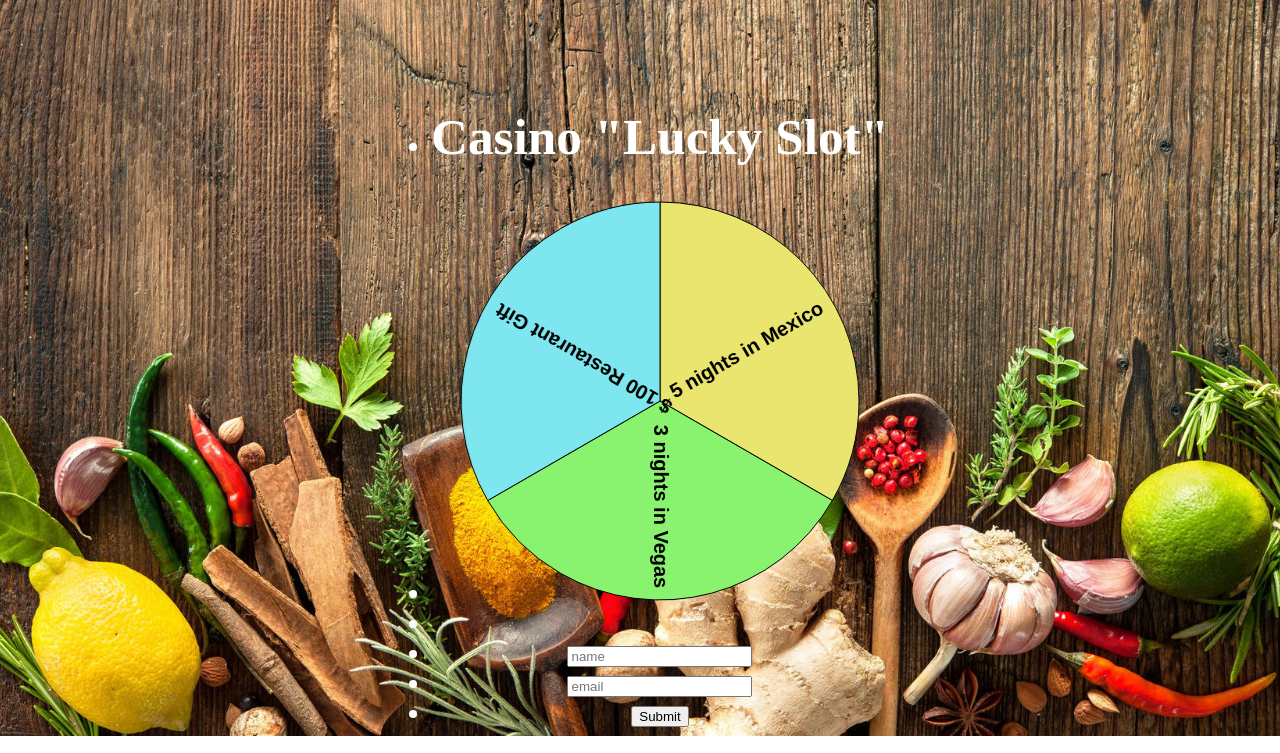
Repository: 43320888/upwork
Page: index.html
These files come from the project's save history. The page is drawn as it stood at one moment and after the next save; the edit follows.
The browser window is 1280 px wide. The pictures show the whole page.

Above is the page before, as saved 2019-01-16 21:12:06.

After the next save:
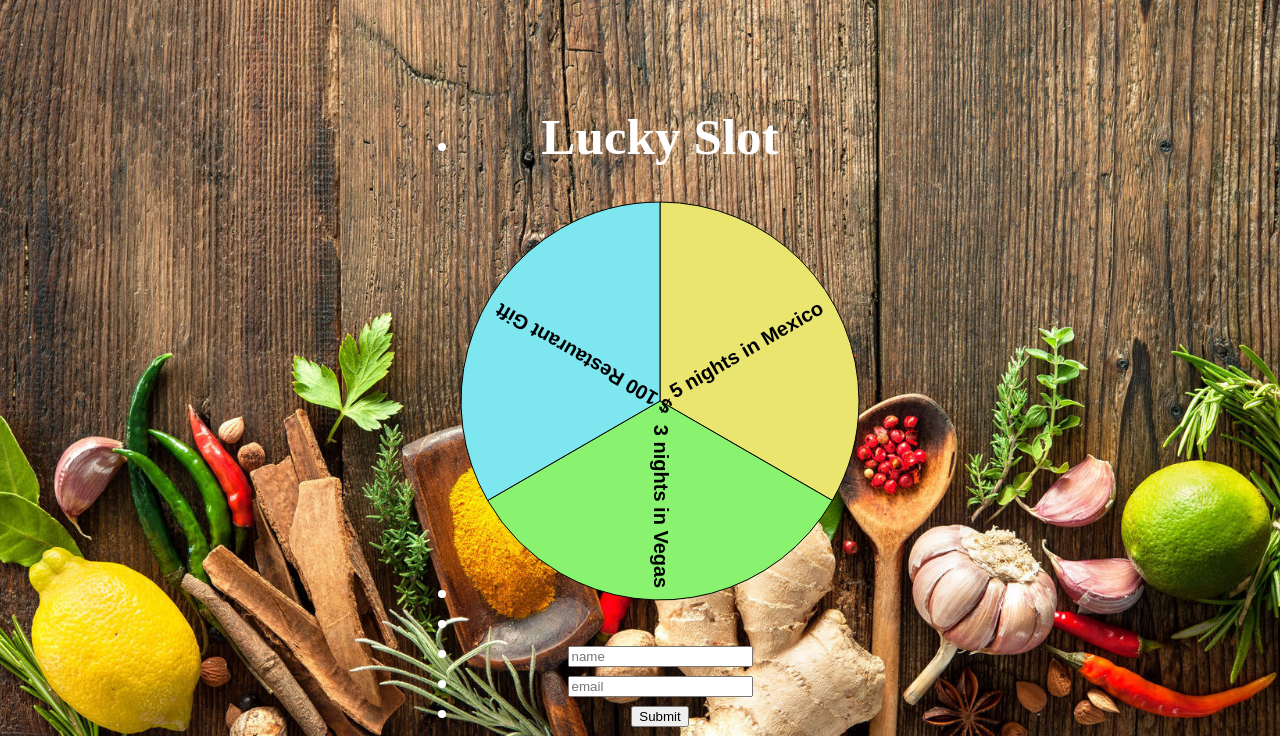
Saved 20 s later.
--- a/index.html
+++ b/index.html
@@ -10,7 +10,7 @@
 </head>
 <body class="spin-table">
 	<div><ul>
-	<li><h1>Casino "Lucky Slot"</h1></li>
+	<li><h1>Lucky Slot</h1></li>
 	<li><canvas id="canvas3" width="400" height="400"></canvas></li>
 	<li><script src="script.js"></script></li>
 	<li><input type="text" placeholder="name"></li>
